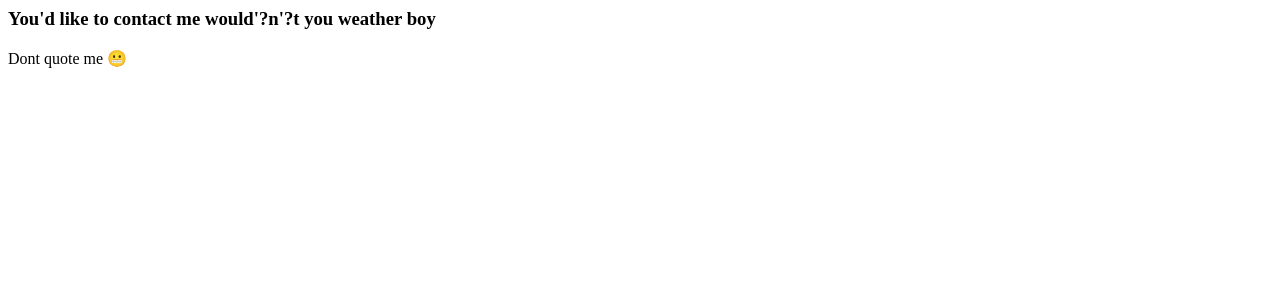
Repository: 0101chaitanya/basic-node-server
Page: routes/contact-me.html
The author's editor kept a copy of each file at every save. The page is drawn from the files as they stood at one save, then again after the next save.
The browser window is 1280 px wide. The pictures show the whole page.

Above is the page before, as saved 2021-08-25 15:50:13.

### routes/contact-me.html
<html lang="en">

<head>
    <meta charset="UTF-8">
    <meta http-equiv="X-UA-Compatible" content="IE=edge">
    <meta name="viewport" content="width=device-width, initial-scale=<1.0>">
    <title>Catch me outside how 'bout that</title>
</head>

<body>
    <h3>You'd like to contact me would'?n'?t you weather boy</h3>
    <p>Dont quote me &#128556;</p>
</body>

</html>

After the next save:
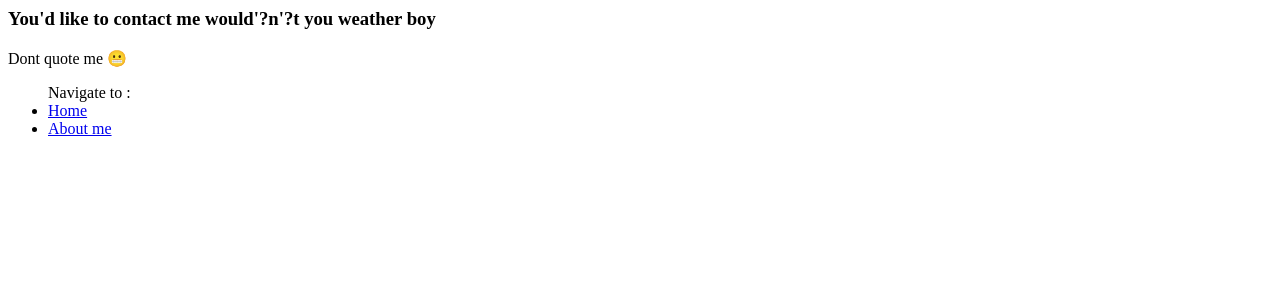
Saved 35 s later.
--- a/routes/contact-me.html
+++ b/routes/contact-me.html
@@ -10,6 +10,16 @@
 <body>
     <h3>You'd like to contact me would'?n'?t you weather boy</h3>
     <p>Dont quote me &#128556;</p>
+    <ul> Navigate to :
+
+        <li>
+            <a href="index.html">Home</a>
+        </li>
+        <li>
+            <a href="about.html">About me</a>
+        </li>
+    </ul>
+
 </body>
 
 </html>
